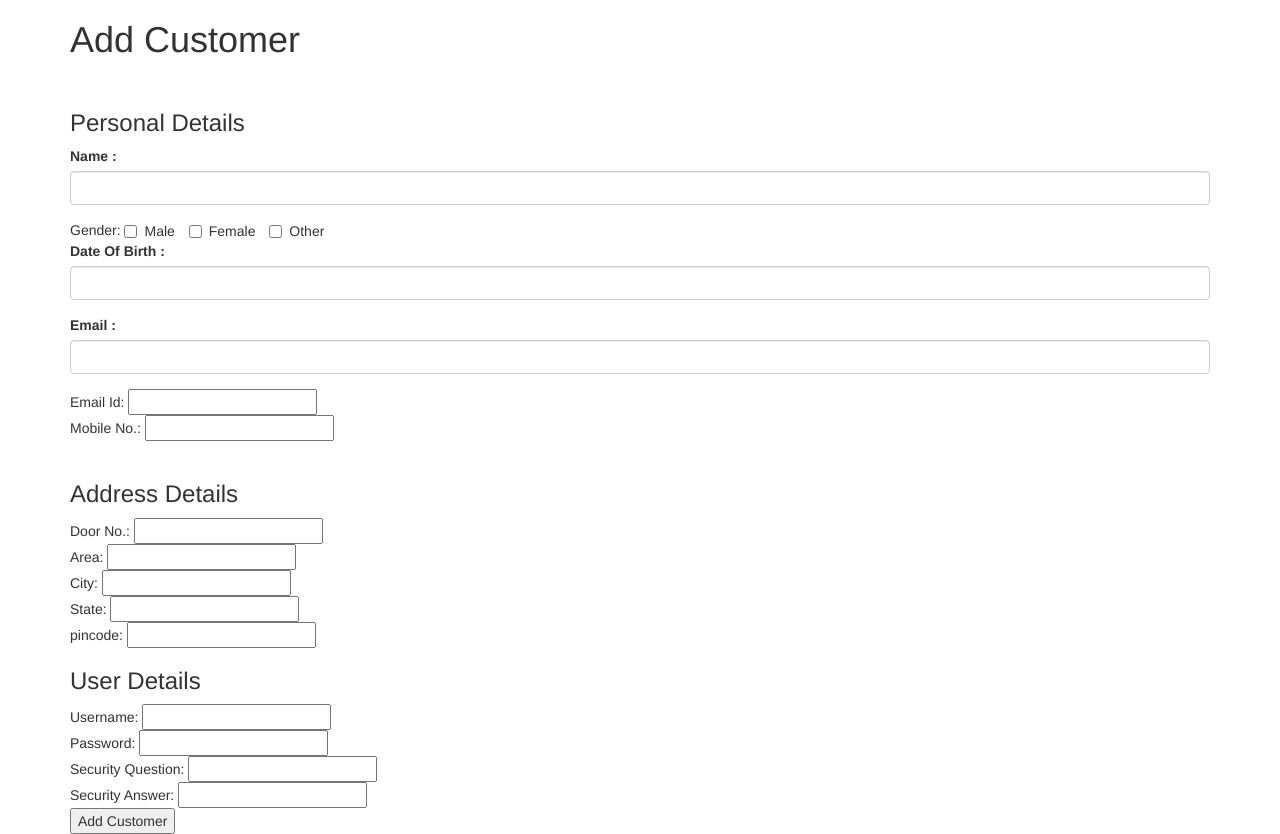
Repository: Shubham-Gawade/SpringHibernateTraining
Page: http://localhost/xorbankonline/WEB-INF/pages/addcustomer.jsp
The author's editor kept a copy of each file at every save. The page is drawn from the files as they stood at one save, then again after the next save.
The browser window is 1280 px wide. The pictures show the whole page.
The page is served by Tomcat 9. Nobody is signed in. The template is opened directly, without the code that normally fills it, so the values that code supplies are empty.

Above is the page before, as saved 2021-10-07 04:26:58.

After the next save:
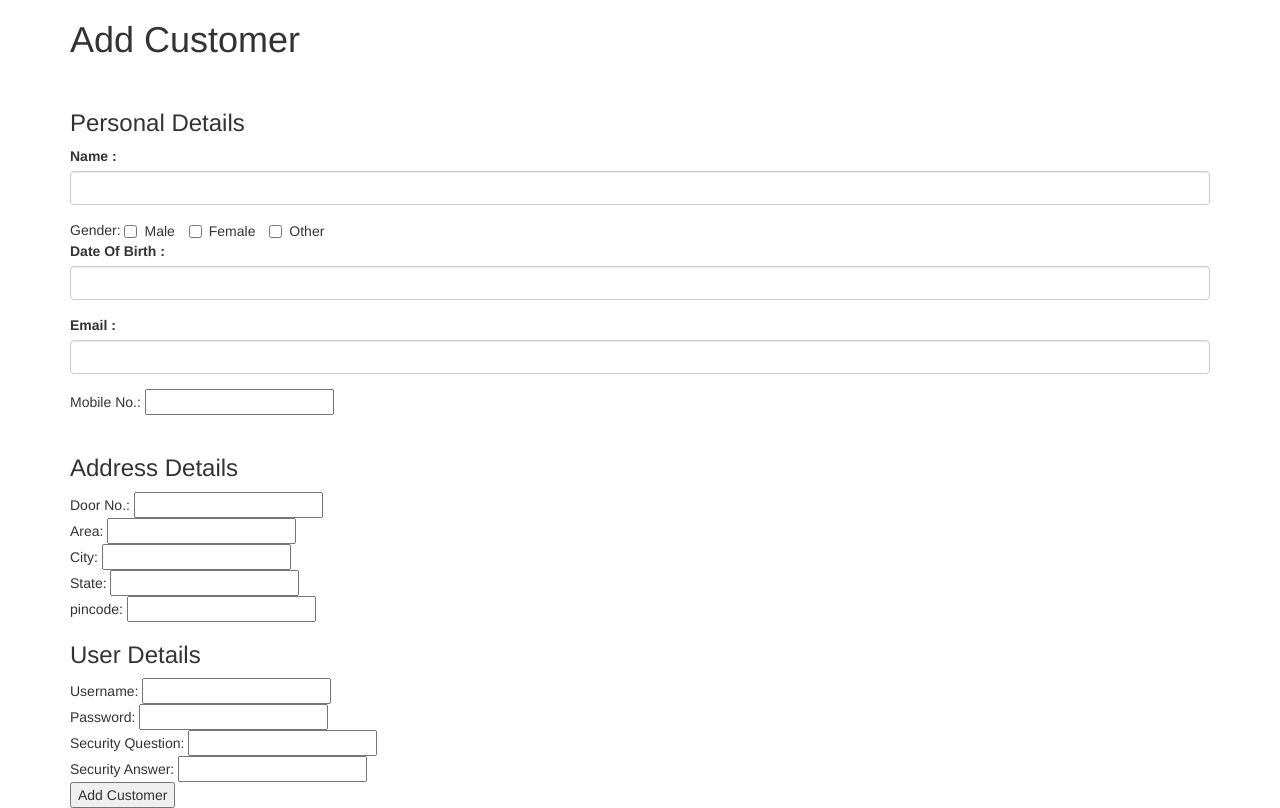
Saved 4 s later.
--- a/xorbankonline/src/main/webapp/WEB-INF/pages/addcustomer.jsp
+++ b/xorbankonline/src/main/webapp/WEB-INF/pages/addcustomer.jsp
@@ -29,7 +29,6 @@
 		    <label for="email">Email :</label>
 		    <form:input type="email" class="form-control" path="email" name="email"/>
 		</div>
-		Email Id: <form:input path="emailId" type="email"/><br/>
 		Mobile No.: <form:input path="mobileNo" type="number"/><br/>
 
 		<br/>
